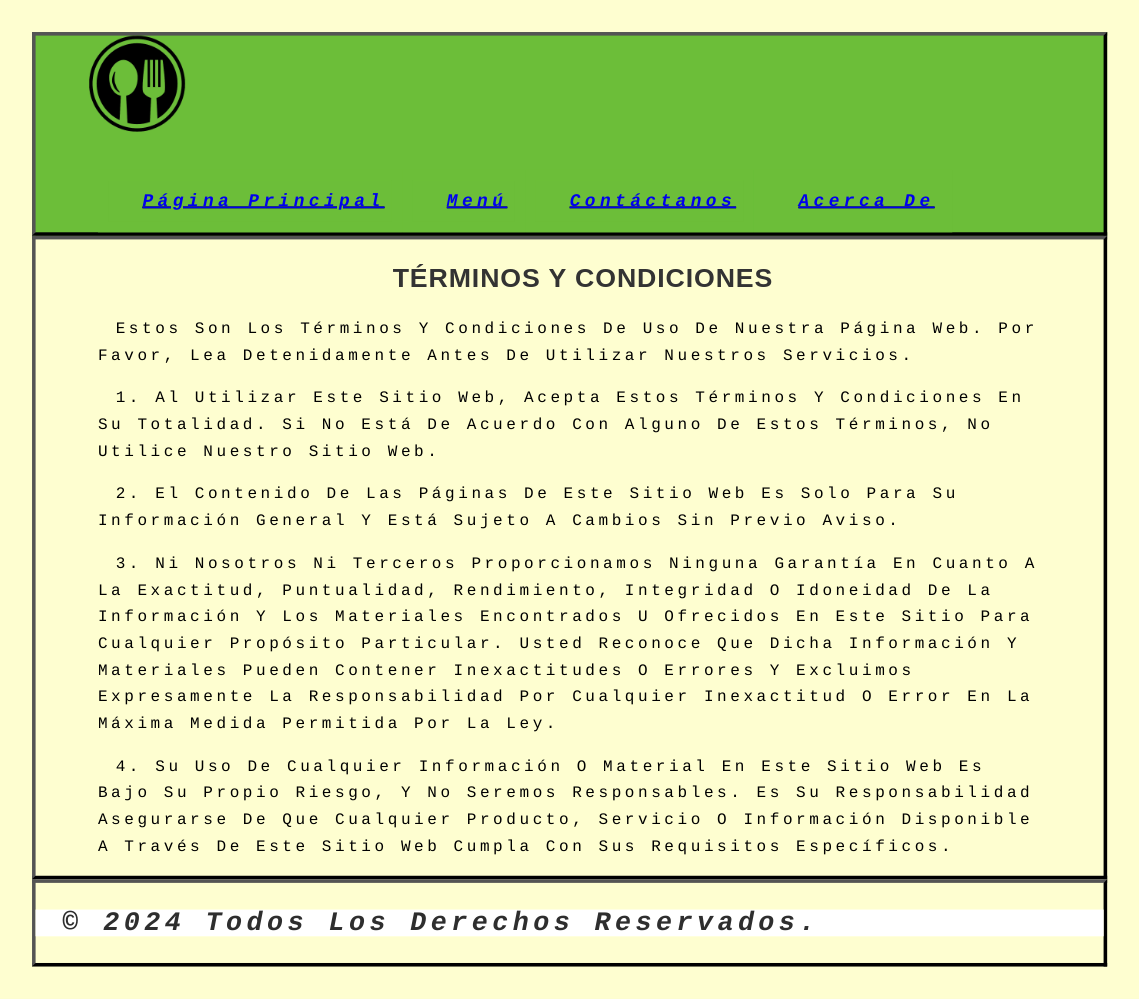
Repository: UVMCoyoacan/eq06_sitio1
Page: Carpeta docs/terminos.html
An editor plug-in stored every save of this project. The page is shown before and after the next save, followed by the edit.
The browser window is 1280 px wide. The pictures show the whole page, at 89% of full size.

Above is the page before, as saved 2024-04-13 23:10:09.

### Carpeta docs/terminos.html
<!DOCTYPE html>
<html>
<head>
    <link rel="stylesheet" href="../Carpeta estilos/estilo1.css"/>
    <meta charset="utf-8" />
    <title>Términos y Condiciones</title>
</head>
<body>
    <header id="parte_inicial" role="banner">
        <div class="encabezado" style="display: flex; flex-wrap: wrap;">
            <div style="flex-wrap:wrap; text-align: center; white-space: nowrap;">
                <img width="108" height="108" src="../Carpeta ims/tres.png" onclick="redirigirIndex()" style="text-align: left; cursor:pointer; text-align: center;">
            </div>
            <div>
                <ul>
                    <li><a href="#">Página principal</a></li>
                    <li><a href="./Carpeta docs/menu.html">Menú</a></li>
                    <li><a href="./Carpeta docs/contactos.html">Contáctanos</a></li>
                    <li><a class="active" href="./Carpeta docs/acercade.html">Acerca de</a></li>
                </ul>
            </div>
        </div>
    </header>

    <div style="border-style: outset; border-color: #000000; border-width: .4ch;">
        <h2>Términos y Condiciones</h2>
        <div>
            <ul>Estos son los términos y condiciones de uso de nuestra página web. Por favor, lea detenidamente antes de utilizar nuestros servicios.</ul>
            <ul>1. Al utilizar este sitio web, acepta estos términos y condiciones en su totalidad. Si no está de acuerdo con alguno de estos términos, no utilice nuestro sitio web.</ul>
            <ul>2. El contenido de las páginas de este sitio web es solo para su información general y está sujeto a cambios sin previo aviso.</ul>
            <ul>3. Ni nosotros ni terceros proporcionamos ninguna garantía en cuanto a la exactitud, puntualidad, rendimiento, integridad o idoneidad de la información y los materiales encontrados u ofrecidos en este sitio para cualquier propósito particular. Usted reconoce que dicha información y materiales pueden contener inexactitudes o errores y excluimos expresamente la responsabilidad por cualquier inexactitud o error en la máxima medida permitida por la ley.</ul>
            <ul>4. Su uso de cualquier información o material en este sitio web es bajo su propio riesgo, y no seremos responsables. Es su responsabilidad asegurarse de que cualquier producto, servicio o información disponible a través de este sitio web cumpla con sus requisitos específicos.</ul>
        </div>
    </div>

    <div style="border-style: outset; border-color: #000000; border-width: .4ch;">
        <footer>
            <p>© 2024 Todos los derechos reservados.</p>
        </footer>
    </div>
</body>
<script src="./Carpeta js/js1.js"></script>
</html>

### Carpeta estilos/estilo1.css
body{
  background-color:#fefec0be;
  font-size:20px;
  font-family:Courier;
  font-weight:bold;
  font-style:normal;
  line-height:30px;
  letter-spacing:5px;
  padding: 28px;
  text-transform:capitalize;
  text-align:left;
  text-indent:30px;

}
header{
  background-color:#6cbe39;
  font-size:20px;
  font-family:Courier;
  font-weight:bold;
  font-style:italic;
  line-height:60px;
  letter-spacing:5px;
  text-transform:capitalize;
  text-align:left;
  text-indent:60px;
  border-style: outset;
  border-color: #000000;
  border-width: .4ch;

}
li {
  display: inline;
  float: left;
  background-color:#6cbe39;
  font-size:20px;
  font-family:Courier;
  font-weight:bold;
  font-style:oblique;
  line-height:30px;
  letter-spacing:5px;
  text-decoration:underline;
  text-transform:capitalize;
  text-align:left;
  text-indent:30px;
  border-style:inherit;
  border-color: #303130;
  padding: 12px;
}


a {
  display: block;
  padding: 8px;
  background-color:#6cbe39;
}
.active {
  background-color:transparent;

}

#titulo{
  text-decoration: overline underline;
  font-size:30px;
  font-style:oblique;

}

p{

    font-size: 30px;
    font-family: Courier;
    font-weight: bold;
    font-style:italic;
    line-height: 30px;
    letter-spacing: 5px;
    text-transform: capitalize;
    text-align: left;
    text-indent: 30px;
    margin-left: auto;
    color: #2e2e2e;
      background-color: #ffffff;


    }

  ol{

      font-size: 20px;
      font-family: Courier;
      font-weight:200;
      font-style: normal;
      line-height: 30px;
      letter-spacing: 5px;
      text-transform: capitalize;
      text-align: left;
      text-indent: 30px;
      color: #2e2e2e;
      padding-left: 40px;
    }
    h1{
      font-size: 30px;
      font-family: Courier;
      font-weight: bold;
      font-style:italic;
      line-height: 30px;
      letter-spacing: 5px;
      text-transform: capitalize;
      text-align: left;
      text-indent: 30px;
      margin-left: auto;
      color: #2e2e2e;
        background-color: #b3e64c;
    }
    h2 {
      font-size: 30px;
      font-family: Arial, sans-serif;
      font-weight: bold;
      font-style: normal;
      line-height: 1.5;
      letter-spacing: 1px;
      text-transform: uppercase;
      text-align: center;
      color: #333333;
      margin-top: 20px;
      margin-bottom: 20px;
    }
    ul{
      font-size: 18px;
      font-family: Courier;
      font-weight:200;
      font-style:initial;
      line-height: 30px;
      letter-spacing: 4px;
      text-transform: capitalize;
      text-align: left;
      text-indent: 20px;
      color: #000000;
      padding-left: 70px;
      padding-right: 70px;

    }

  h3{
    font-size: 30px;
    font-family: Courier;
    font-weight: bold;
    font-style:italic;
    line-height: 30px;
    letter-spacing: 5px;
    text-transform: capitalize;
    text-align: left;
    text-indent: 30px;
    margin-left: auto;
    color: #2e2e2e;
      background-color: #b3e64c;
  }
  h4 {
    font-size: 30px;
    font-family: Arial, sans-serif;
    font-weight: bold;
    font-style: normal;
    line-height: 1.5;
    letter-spacing: 1px;
    text-transform: uppercase;
    text-align: center;
    color: #333333;
    margin-top: 20px;
    margin-bottom: 20px;
  }
  @keyframes bounce {
    0% { transform: translateY(0); }
    50% { transform: translateY(-40px); }
    100% { transform: translateY(0); }
  }

  .bounce {
    animation: bounce 1.0s infinite;
  }

  .slider-section img{
    width: 500px;
    height: 100%;
    object-fit: cover;
    border-radius:  15px;
  }

  .container-carrousel{
    width: 500px;
    height: 300px;
    background-color: #e0e0e0;
    border-radius: 15px;
    overflow: hidden;
   justify-content: center;

  }

  .carruseles{
    width: 400%;
    height: 100%;
    display: flex;
    border: solid thin red;
  }

  .slider-section{
    width: calc(100%/4);
    height: 100%;

  }

### Carpeta js/js1.js
function redirigirIndex() {
    window.location.href = '../index.html';
}

After the next save:
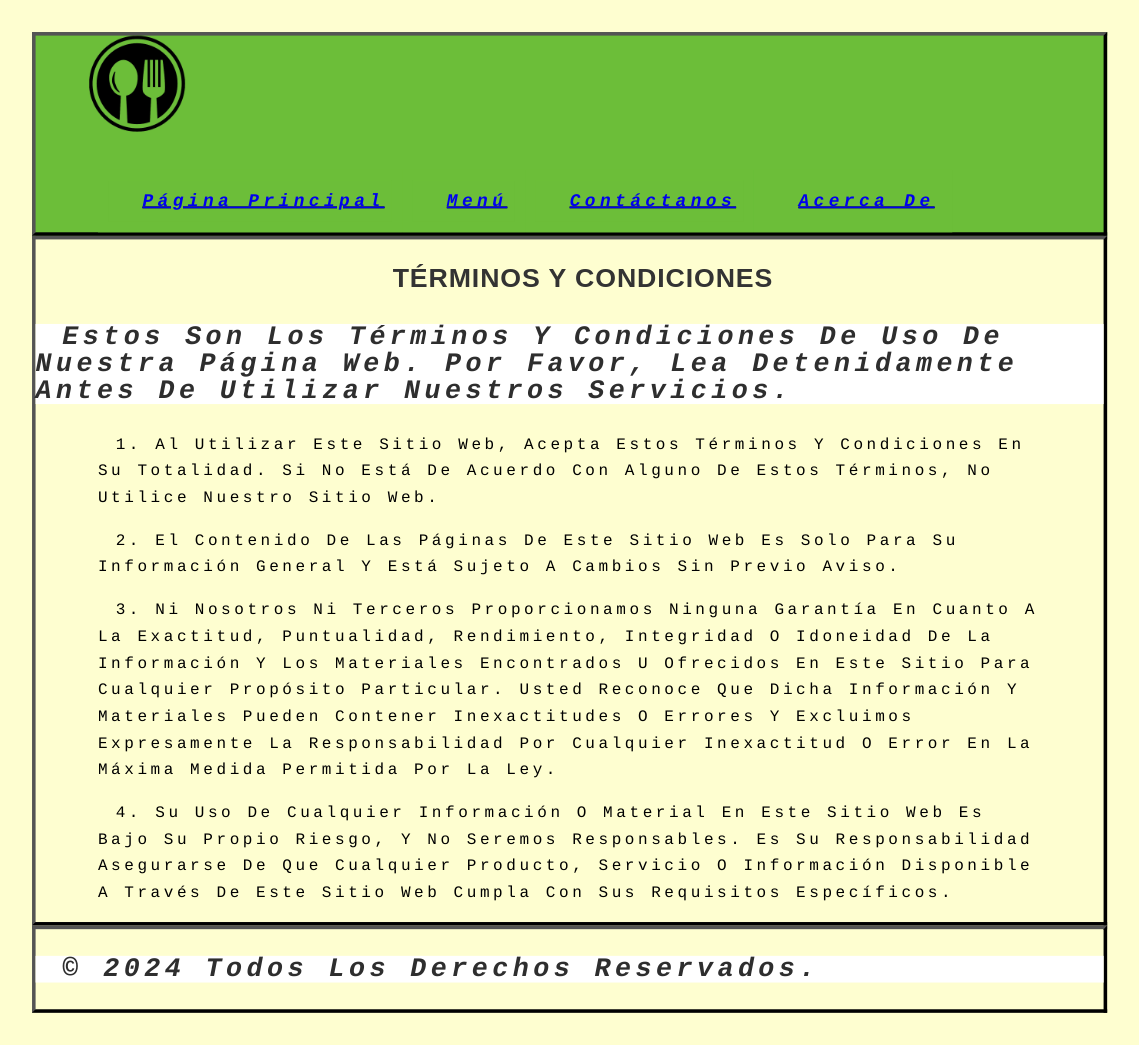
Saved 9 s later.
--- a/Carpeta docs/terminos.html
+++ b/Carpeta docs/terminos.html
@@ -25,7 +25,7 @@
     <div style="border-style: outset; border-color: #000000; border-width: .4ch;">
         <h2>Términos y Condiciones</h2>
         <div>
-            <ul>Estos son los términos y condiciones de uso de nuestra página web. Por favor, lea detenidamente antes de utilizar nuestros servicios.</ul>
+            <p>Estos son los términos y condiciones de uso de nuestra página web. Por favor, lea detenidamente antes de utilizar nuestros servicios.</p>
             <ul>1. Al utilizar este sitio web, acepta estos términos y condiciones en su totalidad. Si no está de acuerdo con alguno de estos términos, no utilice nuestro sitio web.</ul>
             <ul>2. El contenido de las páginas de este sitio web es solo para su información general y está sujeto a cambios sin previo aviso.</ul>
             <ul>3. Ni nosotros ni terceros proporcionamos ninguna garantía en cuanto a la exactitud, puntualidad, rendimiento, integridad o idoneidad de la información y los materiales encontrados u ofrecidos en este sitio para cualquier propósito particular. Usted reconoce que dicha información y materiales pueden contener inexactitudes o errores y excluimos expresamente la responsabilidad por cualquier inexactitud o error en la máxima medida permitida por la ley.</ul>
